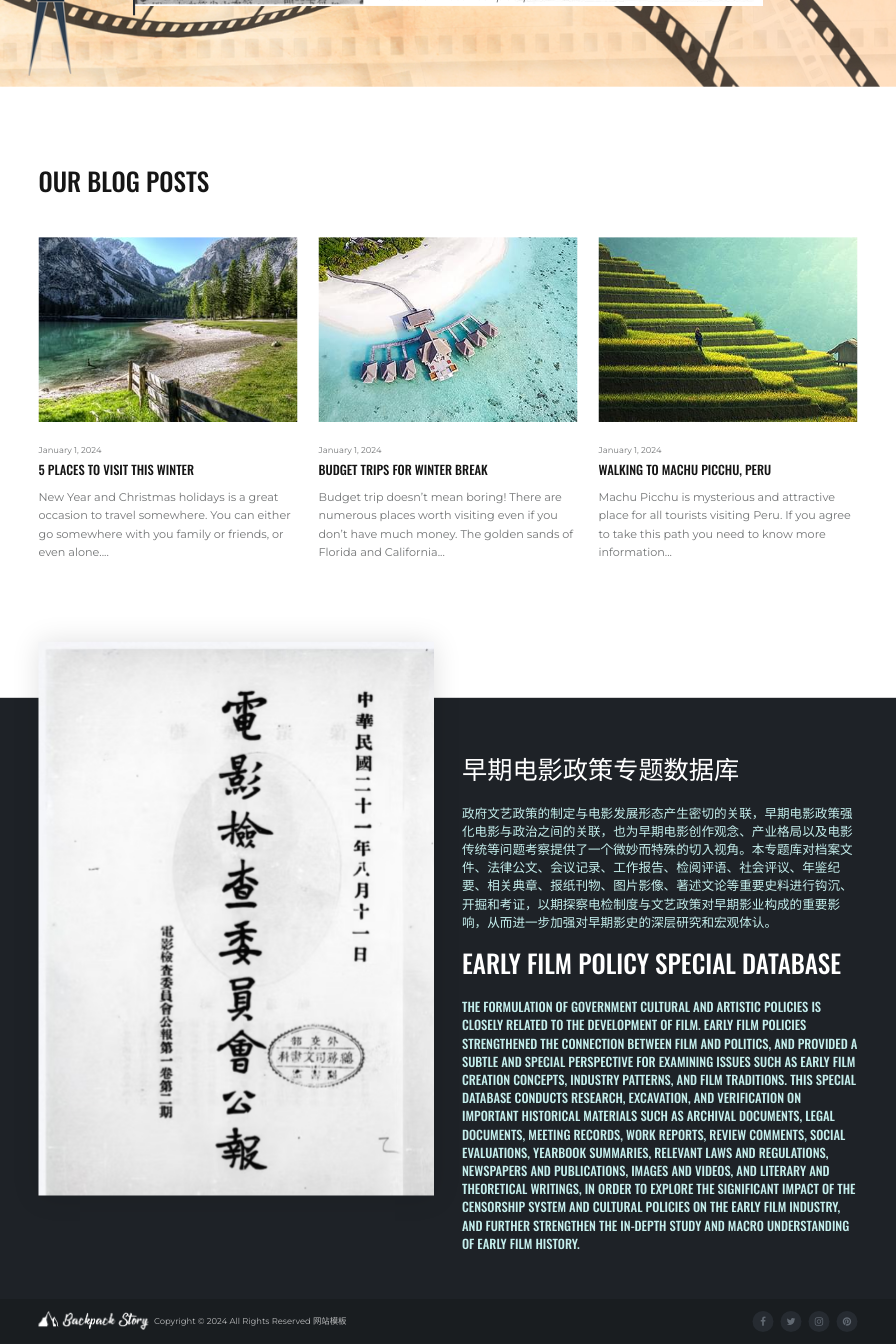
Repository: Jquarker/Modern-Film-Database
Page: index.html
An editor plug-in stored every save of this project. The page is shown before and after the next save, followed by the edit.
The browser window is 1280 px wide. The pictures show the part of the page from y = 4507 to 6427 px (the page is 6427 px tall), at 70% of full size.

Above is the page before, as saved 2025-02-21 15:35:28.

After the next save:
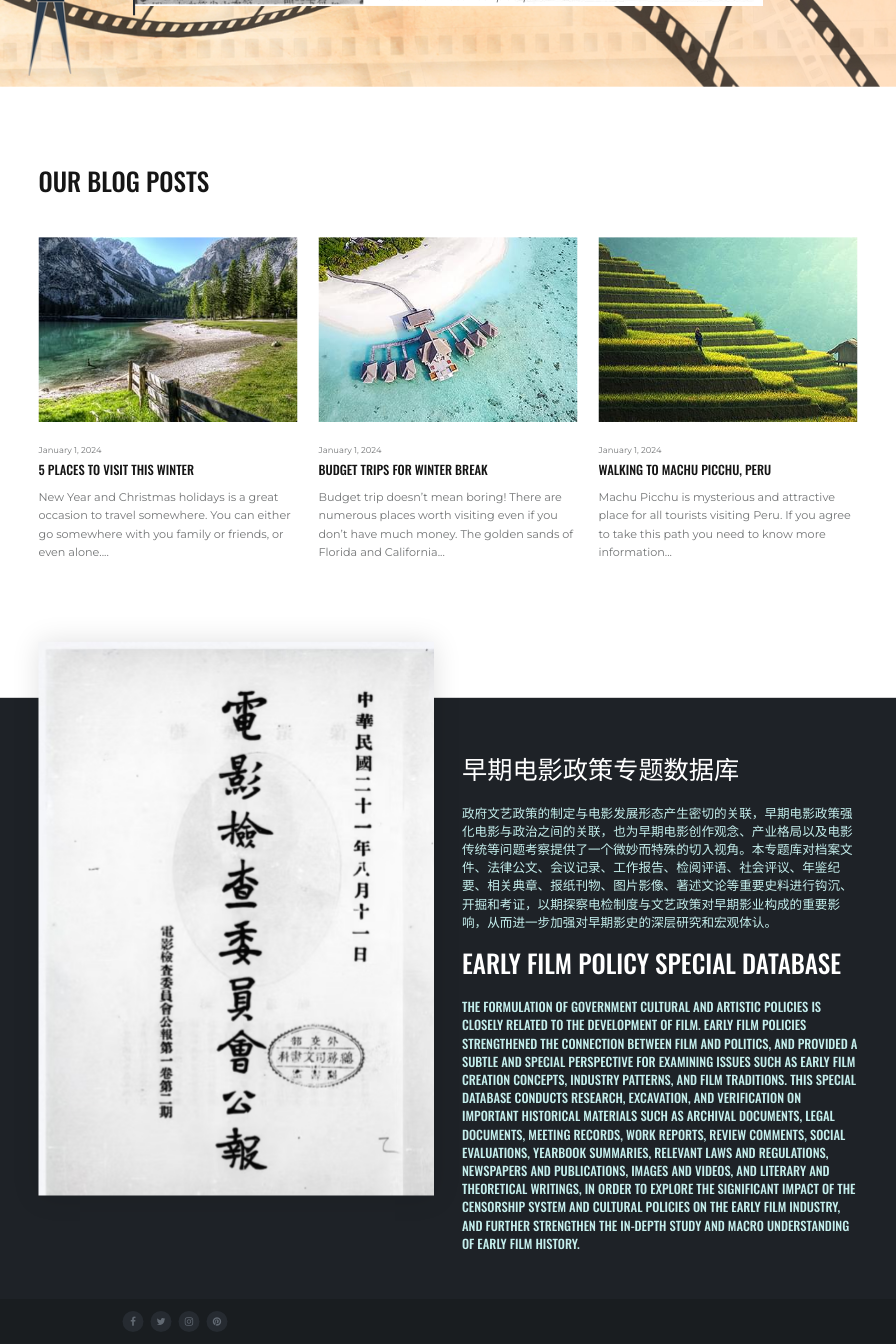
Saved 86 s later.
--- a/index.html
+++ b/index.html
@@ -350,12 +350,6 @@
         <div class="footer-classic-aside">
           <div class="container">
             <div class="row justify-content-between flex-column-reverse flex-md-row row-20">
-              <div class="col-xl-6 col-md-8">
-                <div class="footer-classic-aside__group">
-                  <!--Brand--><a class="brand" href="index.html"><img class="brand-logo-dark" src="images/logo-default-225x39.png" alt="" width="112" height="19"/><img class="brand-logo-light" src="images/logo-default-225x39.png" alt="" width="112" height="19"/></a>
-                  <p class="rights"><span>Copyright</span><span>&nbsp;</span><span>&copy;&nbsp;</span><span class="copyright-year"></span><span>&nbsp;</span><span>All Rights Reserved</span> <a target="_blank" href="https://www.mobanwang.com/" title="网站模板">网站模板</a></p>
-                </div>
-              </div>
               <div class="col-xl-3 col-md-4">
                 <ul class="social-list">
                   <li class="wow fadeInUp" data-wow-delay=".1s"><a href="#"><span class="icon fa fa-facebook"></span></a></li>
